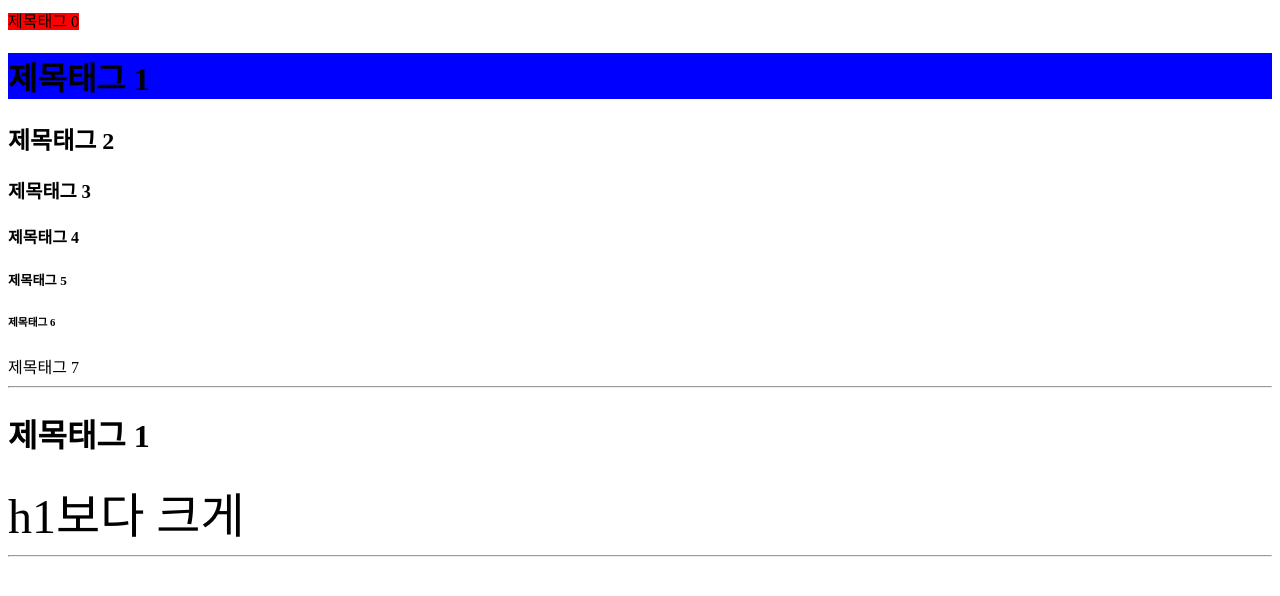
Repository: claddds/2023_webstudy
Page: 01_html/src/main/webapp/day01/ex02_header.html
An editor plug-in stored every save of this project. The page is shown before and after the next save, followed by the edit.
The browser window is 1280 px wide. The pictures show the whole page.

Above is the page before, as saved 2023-06-19 06:46:40.

After the next save:
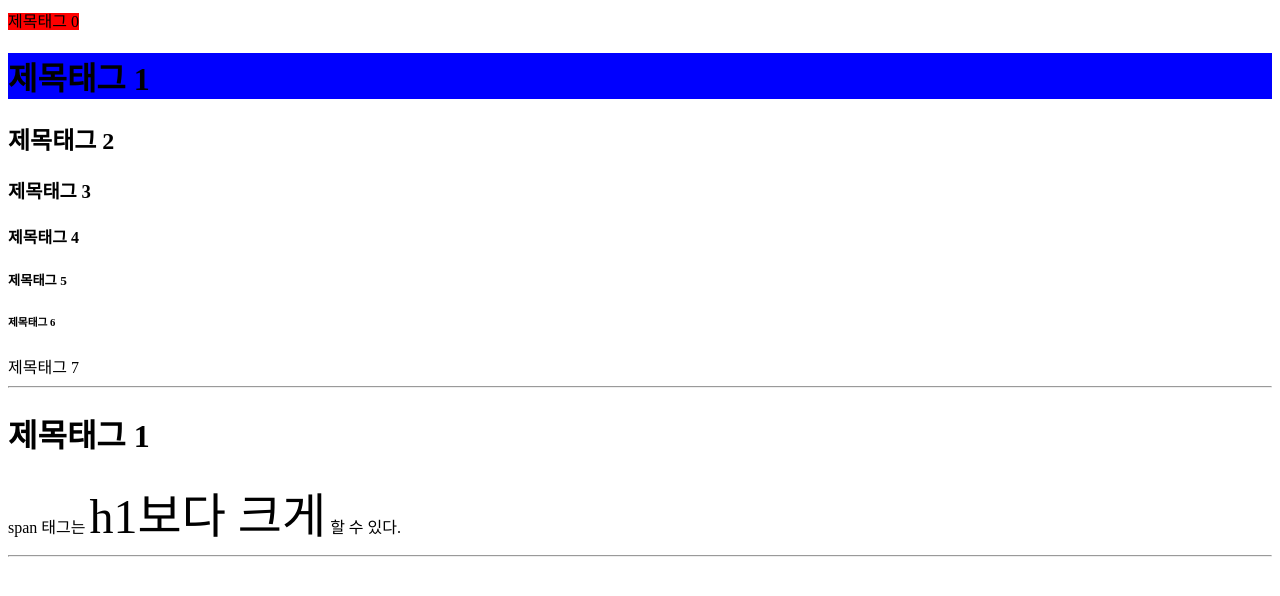
Saved 91 s later.
--- a/01_html/src/main/webapp/day01/ex02_header.html
+++ b/01_html/src/main/webapp/day01/ex02_header.html
@@ -12,8 +12,8 @@
 	h0, h7 등 없는 태그를 사용하면 일반글자 취급한다.
 	제목태그는 일반 글자보다 굵고 자동으로 문단이 변경 된다.
 	** 블록 레벨 중 하나이다.
-	** 블록 레벨: 한 줄 전체를 자기 영역으로 인식(자동으로 문단변경 = 줄 바꿈이 된다.)
-		인라인 레벨: 해당 영역만 자기 영역으로 인식한다.
+	** 블록 레벨: 한 줄 전체를 자기 영역으로 인식(자동으로 문단변경 = 줄 바꿈이 된다.), h1~h6, hr
+		인라인 레벨: 해당 영역만 자기 영역으로 인식한다. span
  -->
 
  <h0 style="background-color: red">제목태그 0</h0>
@@ -26,9 +26,9 @@
  <h7>제목태그 7</h7>
  <!-- 수평선 -->
  <hr>
- <!-- h1보다 더 큰 글자를 표시하기 위해서는 style의 font-size -->
- <h1>제목태그 1</h1>
- <span style="font-size: 48px"> h1보다 크게</span>
+ 	<!-- h1보다 더 큰 글자를 표시하기 위해서는 style의 font-size -->
+ 	<h1>제목태그 1</h1>
+ 		span 태그는 <span style="font-size: 48px"> h1보다 크게</span> 할 수 있다.
  <hr>
 </body>
 </html>
